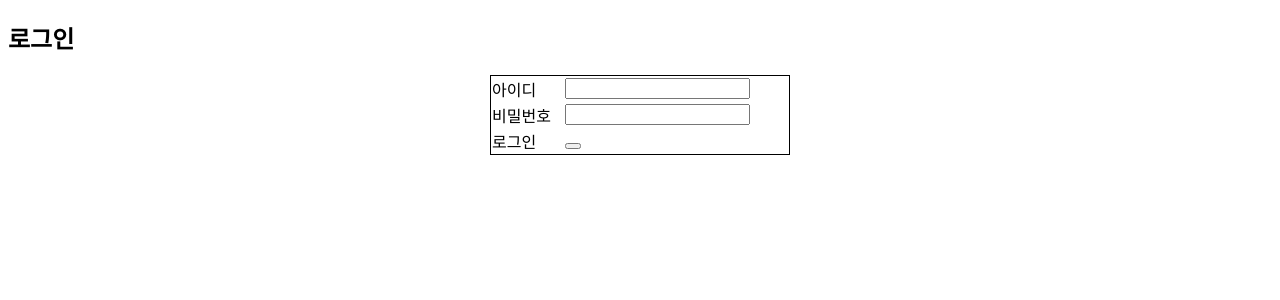
Repository: GTEM0/Acorn-classEdue2-java2-
Page: http://localhost/prj0831/login
An editor plug-in stored every save of this project. The page is shown before and after the next save, followed by the edit.
The browser window is 1280 px wide. The pictures show the whole page.
The page is served by Tomcat 9. Other server files are loaded and not shown.

Above is the page before, as saved 2023-08-31 02:56:47.

### prj0831/src/main/webapp/WEB-INF/views/login.jsp
<%@ page language="java" contentType="text/html; charset=UTF-8"
    pageEncoding="UTF-8"%>
<!DOCTYPE html>
<html>
<head>
<meta charset="UTF-8">
<title>Insert title here</title>
<style>

table{
width:300px;
border: 1px solid black;
border-collapse: collapse;
margin: 0 auto;
}

</style>
</head>
<body>


<h2>로그인</h2>

<table>
<tr>
<td>아이디</td>
<td><input type="text"></td>
</tr>

<tr>
<td>비밀번호</td>
<td><input type="text"></td>
</tr>

<tr>
<td>로그인</td>
<td><button></button></td>
</tr>
</table>
</body>
</html>

### prj0831/src/main/java/prj8031/LoginServlet.java
package prj8031;

import java.io.IOException;

import javax.servlet.RequestDispatcher;
import javax.servlet.ServletException;
import javax.servlet.annotation.WebServlet;
import javax.servlet.http.HttpServlet;
import javax.servlet.http.HttpServletRequest;
import javax.servlet.http.HttpServletResponse;

@WebServlet("/login")
public class LoginServlet extends HttpServlet{

	@Override
	protected void service(HttpServletRequest request, HttpServletResponse response) throws ServletException, IOException {

		//로그인화면 응답

		RequestDispatcher r = request.getRequestDispatcher("WEB-INF/views/login.jsp");
		r.forward(request, response);

	}

	@Override
	protected void doGet(HttpServletRequest request, HttpServletResponse response) throws ServletException, IOException {

		//로그인을 처리하는 응답
	}

	@Override
	protected void doPost(HttpServletRequest request, HttpServletResponse response) throws ServletException, IOException {

	}

}

After the next save:
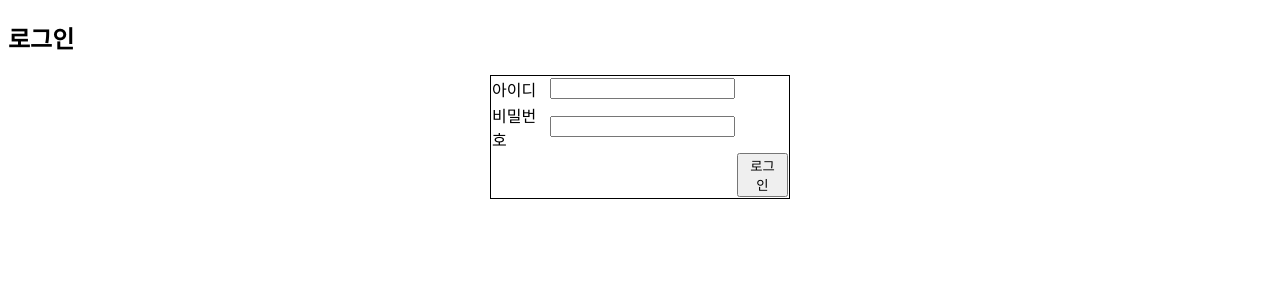
Saved 39 s later.
--- a/prj0831/src/main/webapp/WEB-INF/views/login.jsp
+++ b/prj0831/src/main/webapp/WEB-INF/views/login.jsp
@@ -33,8 +33,8 @@
 </tr>
 
 <tr>
-<td>로그인</td>
-<td><button></button></td>
+<td colspan='2'></td>
+<td><button>로그인</button></td>
 </tr>
 </table>
 </body>
